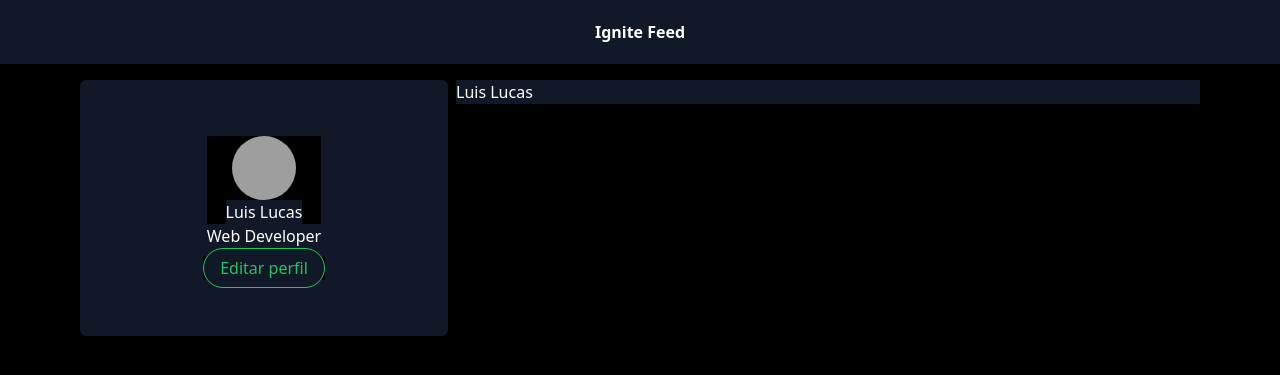
Repository: LuisSempre/ignite-feed
Page: /
These files come from the project's save history. The page is drawn as it stood at one moment and after the next save; the edit follows.
The browser window is 1280 px wide. The pictures show the whole page.
Pictures or frames that could not be fetched are drawn as grey boxes. The project was rebuilt for these pictures with package versions that can differ from the ones it lists, and the page was loaded fresh each time. Also part of the build but not shown: vite.config.js.

Above is the page before, as saved 2022-07-13 21:46:40.

### src/App.jsx
import { Header } from "./Components/Header"
import { Sidebar } from "./Components/Sidebar"
function App() {
  return (
    <div>
      <Header />
      <div className="max-w-6xl mx-auto p-4 grid grid-cols-3 gap-2 items-start">
        <Sidebar />
        <div className="bg-gray-900 col-span-2">
          Luis Lucas
        </div>
      </div>
    </div>
  );
}

export default App;

### src/index.css
@tailwind base;
@tailwind components;
@tailwind utilities;

* {
    @apply bg-black text-white;
}

h1, span, a, img {
    @apply bg-gray-900
}

### src/Components/Header.jsx
export function Header() {
  return (
    <div className="flex max-w-7xl items-center justify-center h-16 bg-gray-900">
      <h1 className="font-bold bg-gray-900">Ignite Feed</h1>
    </div>
  )
}

### src/Components/Sidebar.jsx
export function Sidebar() {
  return (
    <div className="rounded-md bg-gray-900 justify-center items-center flex flex-col text-center  h-64 space-y-2">
      <div className="flex flex-col justify-center items-center">
        <img
          className="w-16 h-16 rounded-full overflow-hidden object-cover"
          src="https://avatars.githubusercontent.com/u/32404639?v=4"
          alt=""
        />
        <h1>Luis Lucas</h1>
        <span>Web Developer</span>
      </div>
      <div className=" ">
        <a
          href=""
          className="border border-green-500 px-4 py-2 rounded-full text-green-500"
        >
          Editar perfil
        </a>
      </div>
    </div>
  );
}

Loaded but not shown: index.html (common file); src/main.jsx (common file); tailwind.config.js (common file)

After the next save:
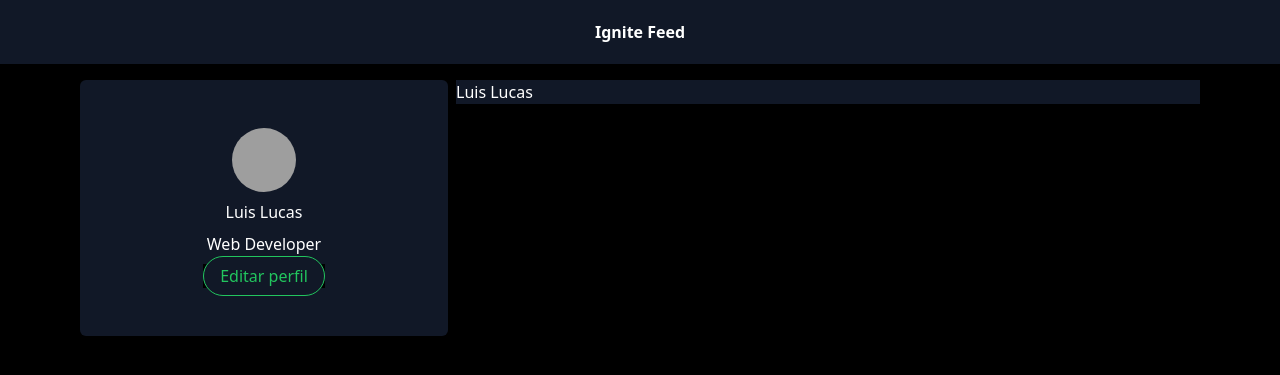
Saved 35 s later.
--- a/src/Components/Sidebar.jsx
+++ b/src/Components/Sidebar.jsx
@@ -1,7 +1,6 @@
 export function Sidebar() {
   return (
     <div className="rounded-md bg-gray-900 justify-center items-center flex flex-col text-center  h-64 space-y-2">
-      <div className="flex flex-col justify-center items-center">
         <img
           className="w-16 h-16 rounded-full overflow-hidden object-cover"
           src="https://avatars.githubusercontent.com/u/32404639?v=4"
@@ -9,7 +8,6 @@ export function Sidebar() {
         />
         <h1>Luis Lucas</h1>
         <span>Web Developer</span>
-      </div>
       <div className=" ">
         <a
           href=""
